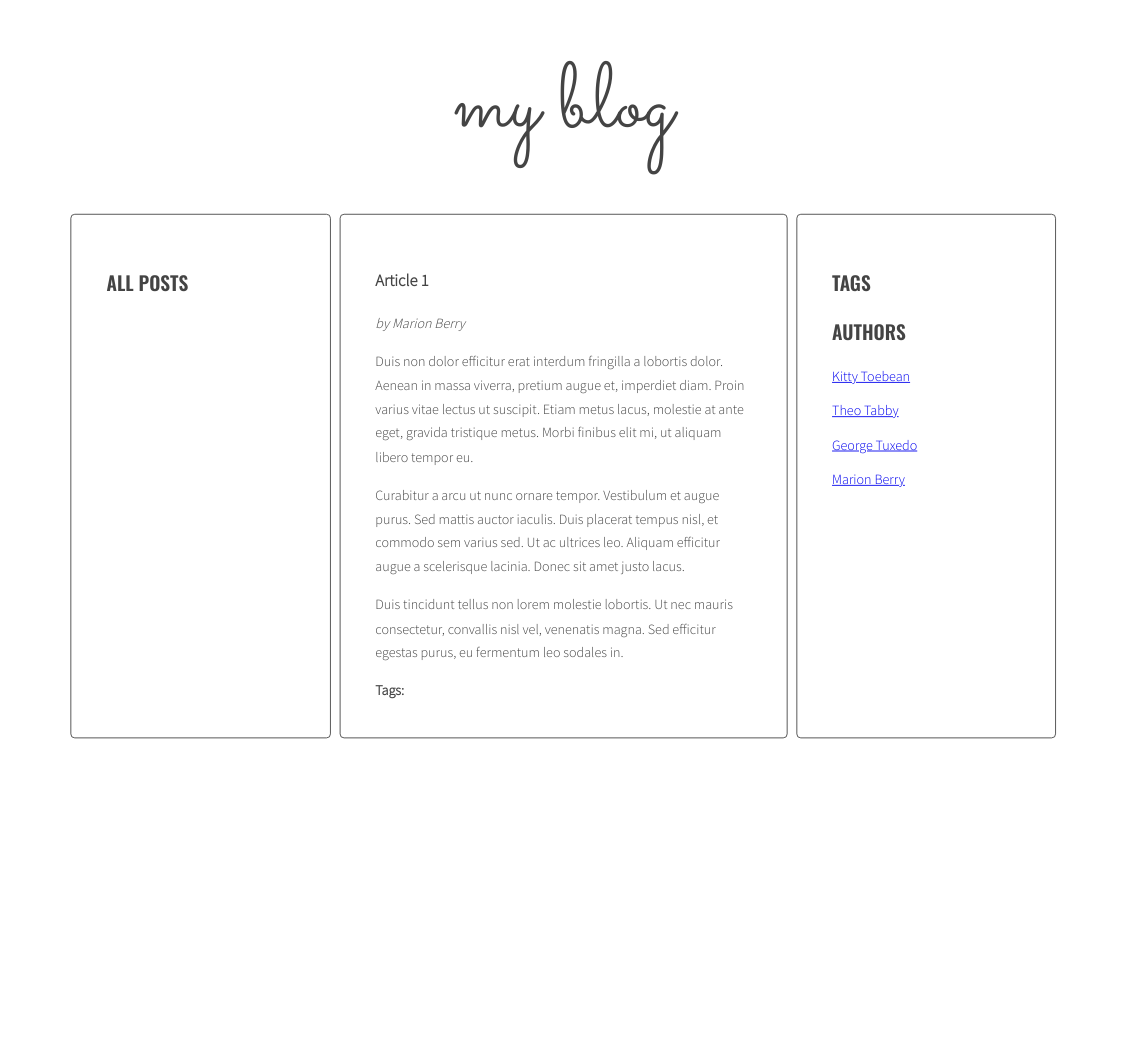
Repository: ulasup/javascript-blog
Page: index.html
The author's editor kept a copy of each file at every save. The page is drawn from the files as they stood at one save, then again after the next save.
The browser window is 1280 px wide. The pictures show the whole page, at 88% of full size.
The style sheet was rebuilt from its Sass, Less or Tailwind sources for each picture, by a compiler version that may differ from the author's.

Above is the page before, as saved 2020-12-19 17:45:30.
Console error: SyntaxError: Missing initializer in const declaration

### index.html
<!DOCTYPE html>
<html  lang="en">
    <head>
        <meta charset="UTF-8">
        <title>Film blog</title>
        <link rel="stylesheet" href="css/style.css">
    </head>
    <body>
        <div class="blog">
            <div class="container">
              <h1 class="logo">my blog</h1>
              <main class="wrapper">
                <aside class="sidebar">
                  <h2 class="section-title">All posts</h2>
                  <ul class="list titles">
                  </ul>
                </aside>
                <section class="posts">
                  <article class="post active" id="article-1" data-tags="design tutorials">
                    <h3 class="post-title">Article 1</h3>
                    <p class="post-author">by Marion Berry</p>
                    <div class="post-content">
                      <p>Duis non dolor efficitur erat interdum fringilla a lobortis dolor. Aenean in massa viverra, pretium augue et, imperdiet diam. Proin varius vitae lectus ut suscipit. Etiam metus lacus, molestie at ante eget, gravida tristique metus. Morbi finibus elit mi, ut aliquam libero tempor eu.</p>
                      <p>Curabitur a arcu ut nunc ornare tempor. Vestibulum et augue purus. Sed mattis auctor iaculis. Duis placerat tempus nisl, et commodo sem varius sed. Ut ac ultrices leo. Aliquam efficitur augue a scelerisque lacinia. Donec sit amet justo lacus.</p>
                      <p>Duis tincidunt tellus non lorem molestie lobortis. Ut nec mauris consectetur, convallis nisl vel, venenatis magna. Sed efficitur egestas purus, eu fermentum leo sodales in.</p>
                    </div>
                    <div class="post-tags">
                      <p><strong>Tags:</strong></p>
                      <ul class="list list-horizontal">
                      </ul>
                    </div>
                  </article>
                  <article class="post" id="article-2" data-tags="news code">
                    <h3 class="post-title">Article 2</h3>
                    <p class="post-author">by Theo Tabby</p>
                    <div class="post-content">
                      <p>Phasellus sollicitudin, arcu vel iaculis ullamcorper, quam leo viverra orci, et faucibus quam sapien vel est. Maecenas ac suscipit elit. Nullam interdum, lorem vitae venenatis pulvinar, ex dui malesuada nunc, tempus cursus enim metus vel nulla.</p>
                      <p>Integer hendrerit, eros id efficitur dapibus, ante arcu ullamcorper orci, a iaculis felis turpis at purus. Quisque sodales posuere sapien vel consectetur. Duis dui urna, commodo non ante nec, mattis dictum enim. Donec aliquam erat sed diam lobortis, vel gravida lacus laoreet. Phasellus pretium maximus mi, eu posuere justo suscipit vel.</p>
                      <p>Nam magna nisl, varius in malesuada vitae, facilisis vel metus. Proin rhoncus euismod leo dictum lobortis. Suspendisse non ante sapien.</p>
                    </div>
                    <div class="post-tags">
                      <p><strong>Tags:</strong></p>
                      <ul class="list list-horizontal">
                      </ul>
                    </div>
                  </article>
                  <article class="post" id="article-3" data-tags="news reviews design">
                    <h3 class="post-title">Article 3</h3>
                    <p class="post-author">by George Tuxedo</p>
                    <div class="post-content">
                      <p>Mauris vel pellentesque turpis, ac sodales nisl. Quisque iaculis mi velit, ut convallis tellus accumsan a. Quisque iaculis, nisi et dignissim tincidunt, nisl eros euismod nulla, finibus laoreet erat enim posuere elit.</p>
                      <p>Aenean at semper urna. Duis vel sapien molestie, egestas diam consequat, molestie nulla. Praesent a malesuada metus. Praesent et tempus leo.</p>
                      <p>Mauris in eleifend neque, vitae eleifend velit. Maecenas purus est, bibendum eget imperdiet id, dictum sed ante. Aenean a magna et eros sagittis aliquet.</p>
                    </div>
                    <div class="post-tags">
                      <p><strong>Tags:</strong></p>
                      <ul class="list list-horizontal">
                      </ul>
                    </div>
                  </article>
                  <article class="post" id="article-4" data-tags="tutorials code design">
                    <h3 class="post-title">Article 4</h3>
                    <p class="post-author">by Kitty Toebean</p>
                    <div class="post-content">
                      <p>Morbi vel cursus nulla, vel varius mauris. Suspendisse sed elit sit amet risus faucibus vestibulum ut sit amet purus. Donec orci est, condimentum ut quam quis, scelerisque fringilla ligula.</p>
                      <p>Quisque bibendum nisl id quam sagittis, id pretium dolor scelerisque. Suspendisse non odio nec velit dapibus placerat non a libero.</p>
                      <p>Vivamus at tristique ex, feugiat sagittis ex. Cras cursus, ipsum et efficitur commodo, urna sapien rutrum magna, quis sodales justo ligula eget nunc. In hac habitasse platea dictumst.</p>
                    </div>
                    <div class="post-tags">
                      <p><strong>Tags:</strong></p>
                      <ul class="list list-horizontal">
                      </ul>
                    </div>
                  </article>
                  <article class="post" id="article-5" data-tags="design reviews">
                    <h3 class="post-title">Article 5</h3>
                    <p class="post-author">by Marion Berry</p>
                    <div class="post-content">
                      <p>Suspendisse sem eros, euismod condimentum arcu ac, consequat fermentum orci. Nam convallis lacus nec interdum vestibulum. Vestibulum luctus, quam eu tristique ornare, lorem nibh sodales enim, vitae tempor dolor ante vitae tortor.</p>
                      <p>Duis venenatis metus quis luctus lobortis. In porttitor ipsum eget ligula aliquam ornare. Cras malesuada urna id volutpat sodales.</p>
                      <p>Donec lobortis ultricies turpis, eu viverra magna gravida quis. Fusce sit amet pretium nulla. Duis rutrum metus vel libero sodales, pellentesque varius ex pulvinar.</p>
                    </div>
                    <div class="post-tags">
                      <p><strong>Tags:</strong></p>
                      <ul class="list list-horizontal">
                      </ul>
                    </div>
                  </article>
                  <article class="post" id="article-6" data-tags="reviews code">
                    <h3 class="post-title">Article 6</h3>
                    <p class="post-author">by George Tuxedo</p>
                    <div class="post-content">
                      <p>Donec posuere iaculis ante sed hendrerit. Lorem ipsum dolor sit amet, consectetur adipiscing elit. Quisque hendrerit neque nec urna tincidunt, quis vehicula dui vulputate. Morbi est sapien, auctor ut lectus eu, placerat viverra lorem.</p>
                      <p>Cras consectetur at erat id accumsan. Suspendisse lacinia in nulla quis vulputate. Nunc vitae consectetur augue. Nam ut vehicula mi. Aliquam tristique, purus in hendrerit porta, elit lectus finibus mi, vel malesuada nisl lectus a libero.</p>
                      <p>Nam quis efficitur ante. Sed eget purus quis ex commodo porta eu sit amet dolor. Mauris tellus nisl, dictum nec est vitae, condimentum ornare ante. Fusce ornare hendrerit maximus. In maximus rhoncus justo.</p>
                    </div>
                    <div class="post-tags">
                      <p><strong>Tags:</strong></p>
                      <ul class="list list-horizontal">
                      </ul>
                    </div>
                  </article>
                  <article class="post" id="article-7" data-tags="code news">
                    <h3 class="post-title">Article 7</h3>
                    <p class="post-author">by Kitty Toebean</p>
                    <div class="post-content">
                      <p>Donec eleifend mauris ac nisl fermentum, ac fermentum turpis dignissim. Aliquam diam nisl, imperdiet a varius eget, lobortis sed nisi. Nullam suscipit ipsum sed magna blandit, sed pellentesque urna malesuada.</p>
                      <p>Duis vestibulum arcu et lectus viverra porta. Praesent tempor lacus eget quam mattis, sit amet venenatis diam ultrices. Morbi gravida sapien quis ligula tincidunt, vel sagittis erat ultrices.</p>
                      <p>Ut orci tellus, laoreet ac diam ut, tempus bibendum nisi. Nam egestas sagittis nibh. Curabitur tristique dui quis egestas pretium. Duis eu felis orci.</p>
                    </div>
                    <div class="post-tags">
                      <p><strong>Tags:</strong></p>
                      <ul class="list list-horizontal">
                      </ul>
                    </div>
                  </article>
                  <article class="post" id="article-8" data-tags="news design tutorials">
                    <h3 class="post-title">Article 8</h3>
                    <p class="post-author">by Theo Tabby</p>
                    <div class="post-content">
                      <p>Praesent quis imperdiet erat. Curabitur tempor sapien a interdum malesuada. Proin libero erat, sagittis a sollicitudin eget, pulvinar nec risus. Cras et suscipit sem.</p>
                      <p>Maecenas consequat diam nec sollicitudin congue. Aenean porttitor porttitor quam, condimentum interdum metus congue sed. Donec at nulla ipsum.</p>
                      <p>Mauris non congue dui. Aenean ac eros vitae massa vulputate aliquet ut ac elit. Morbi iaculis auctor nunc aliquet luctus. Nunc tincidunt sem dui, quis interdum leo pellentesque eget. Fusce id leo varius, imperdiet nunc vitae, tristique mi. Mauris quis interdum justo. Mauris auctor purus eu leo faucibus feugiat. Nulla at odio vitae leo semper blandit.</p>
                    </div>
                    <div class="post-tags">
                      <p><strong>Tags:</strong></p>
                      <ul class="list list-horizontal">
                      </ul>
                    </div>
                  </article>
                  <article class="post" id="article-9" data-tags="news tutorials">
                    <h3 class="post-title">Article 9</h3>
                    <p class="post-author">by Marion Berry</p>
                    <div class="post-content">
                      <p>Tam et facilisis purus. Donec vulputate est quis lobortis posuere. Nunc vitae lorem ut odio faucibus pulvinar nec in justo. Ut ut ante ac tellus ornare tempus. Nunc maximus, tortor et dictum convallis, nunc libero posuere leo, scelerisque ultrices arcu sapien ut tellus.</p>
                      <p>Fusce lacinia augue massa, non tincidunt tortor auctor quis. Vestibulum ut pretium nisl. Etiam id tellus tempus, commodo ligula vehicula, porta magna.</p>
                      <p>Donec fringilla blandit dolor vel aliquet. Fusce tortor sapien, lobortis eu vehicula sit amet, dignissim et lectus. In ullamcorper metus vel massa fermentum, at fermentum dui sollicitudin. Nullam lacinia elit vel tortor ullamcorper pulvinar.</p>
                    </div>
                    <div class="post-tags">
                      <p><strong>Tags:</strong></p>
                      <ul class="list list-horizontal">
                      </ul>
                    </div>
                  </article>
                  <article class="post" id="article-10" data-tags="code design news reviews">
                    <h3 class="post-title">Article 10</h3>
                    <p class="post-author">by George Tuxedo</p>
                    <div class="post-content">
                      <p>Aliquam erat volutpat. Ut non eleifend lectus. Donec suscipit tellus tempor, ornare dui id, hendrerit neque. Phasellus lacinia laoreet dui in luctus. Sed hendrerit, magna sit amet varius tempor, augue augue scelerisque est, non scelerisque mauris libero eu sapien.</p>
                      <p>Sed at sapien in quam sollicitudin aliquam. In interdum metus a mi porttitor luctus. Sed commodo, arcu id lacinia posuere, felis elit pharetra urna, at feugiat est orci sit amet libero. Quisque in nisl est. Nullam vehicula at lectus non luctus. Cras aliquam neque magna, at varius nisi egestas ut.</p>
                      <p>Rhoncus purus nulla, non auctor lacus placerat ut. Aliquam condimentum eget magna ac gravida. Etiam egestas faucibus urna et finibus. Cras vel tellus vel magna suscipit euismod. Maecenas id arcu ante. Duis iaculis scelerisque erat, at ullamcorper arcu consectetur eu. Fusce aliquam diam at arcu pharetra, vel fermentum nunc lobortis.</p>
                    </div>
                    <div class="post-tags">
                      <p><strong>Tags:</strong></p>
                      <ul class="list list-horizontal">
                      </ul>
                    </div>
                  </article>
                </section>
                <aside class="sidebar">
                  <h2 class="section-title">Tags</h2>
                  <ul class="list tags">
                  </ul>
                  <h2 class="section-title">Authors</h2>
                  <ul class="list authors">
                    <li>
                      <a href="#">
                        <span class="author-name">Kitty Toebean</span>
                      </a>
                    </li>
                    <li>
                      <a href="#">
                        <span class="author-name">Theo Tabby</span>
                      </a>
                    </li>
                    <li>
                      <a href="#">
                        <span class="author-name">George Tuxedo</span>
                      </a>
                    </li>
                    <li>
                      <a href="#">
                        <span class="author-name">Marion Berry</span>
                      </a>
                    </li>
                  </ul>
                </aside>
              </main>
            </div>
          </div>
    <script src="js/script.js"></script>
    </body>
</html>

### js/script.js
'use strict';

function titleClickHandler(event){
  event.preventDefault();

  const activeLinks = document.querySelectorAll('.titles a.active');
  for(let activeLink of activeLinks){
    activeLink.classList.remove('active');
  }

  const clickedElement = this;
  clickedElement.classList.add('active');

  const activeArticles = document.querySelectorAll('.post.active');
  for(let activeArticle of activeArticles){
    activeArticle.classList.remove('active');
  }

  const articleSelector = clickedElement.getAttribute('href');
  const targetArticle = document.querySelector(articleSelector);
  targetArticle.classList.add('active');
}

const optArticleSelector = '.post',
  optTitleSelector = '.post-title',
  optTitleListSelector = '.titles',
  optArticleTagsSelector = '.post-tags .list',
  optTagsListSelector = '.tags.list';

function generateTitleLinks(customSelector = ''){

  const titleList = document.querySelector(optTitleListSelector);
  titleList.innerHTML = '';

  const articles = document.querySelectorAll(optArticleSelector + customSelector);
  let html = '';
  for (let article of articles){
    const articleId = article.getAttribute('id');
    const articleTitle = article.querySelector(optTitleSelector).innerHTML;
    const linkHTML = '<li><a href="#' + articleId + '"><span>' + articleTitle + '</span></a></li>';
    html = html + linkHTML;
  }
  titleList.innerHTML = html;

  const links = document.querySelectorAll('.titles a');
  for(let link of links){
    link.addEventListener('click', titleClickHandler);
  }
}

generateTitleLinks();

function calculateTagsParams(tags){
  const params {
    max = 0,
    min = 999999
  }
  for(let tag in tags){
    if(tags[tag] > params.max){
      params.max = tags[tag];
    }
    if(tags[tag] < params.min){
      params.min = tags[tag];
    }
    console.log(tag + ' is used ' + tags[tag] + ' times');
  }
  return params;
}

function generateTags(){
  let allTags = {};
  const articles = document.querySelectorAll(optArticleSelector);
  for (let article of articles){
    const tagList = article.querySelector(optArticleTagsSelector);
    let html = '';
    const articleTags = article.getAttribute('data-tags');
    const articleTagsArray = articleTags.split(' ');
    for (let tag of articleTagsArray){
      const linkHTML = '<li><a href="#tag-' + tag + '"><span>' + tag + '</span></a></li>';
      html = html + linkHTML;
      if(!allTags.hasOwnProperty(tag)){
        allTags[tag] = 1;
      } else {
        allTags[tag]++;
      }
    }
    tagList.innerHTML = html;
  }
  const tagList = document.querySelector('.tags');
  const tagsParams = calculateTagsParams(allTags);
  console.log('tagsParams:', tagsParams);
  let allTagsHTML = '';
  for(let tag in allTags){
    allTagsHTML += tag + ' (' + allTags[tag] + ') ';
  }
  tagList.innerHTML = allTagsHTML;

}

generateTags();

function tagClickHandler(event){
  event.preventDefault();

  const clickedElement = this;
  console.log(clickedElement);
  const href = clickedElement.getAttribute('href');
  const tag = href.replace('#tag-', '');

  const activeTags = document.querySelectorAll('a.active[href^="#tag-"]');
  for(let activeTag of activeTags){
    activeTag.classList.remove('active');
  }

  const tagLinks = document.querySelectorAll('a[href="' + href + '"]');
  for (let tagLink of tagLinks){
    tagLink.classList.add('active');
  }

  generateTitleLinks('[data-tags~="' + tag + '"]');
}

function addClickListenersToTags(){
  const links =  document.querySelectorAll(optArticleTagsSelector);
  for(let link of links){
    link.addEventListener('click', tagClickHandler);
  }
}

addClickListenersToTags();

### sass/style.scss
@import url('https://fonts.googleapis.com/css?family=Oswald:400,600|Sacramento|Source+Sans+Pro:300&subset=latin-ext');

/* Variables */

$color-light: #fff;
$color-dark: #444;

$font-logo: 'Sacramento', cursive;
$font-header: 'Oswald', sans-serif;
$font-text: 'Source Sans Pro', sans-serif;

/* Global */

*, *::before, *::after {
  box-sizing: border-box;
}

body {
  background: $color-light;
  font-family: $font-text;
  color: $color-dark;
  font-weight: 300;
  font-size: 16px;
  line-height: 1.7;
}

.container {
  max-width: 1140px;
  margin: 0 auto;
}

.section-title {
  font-size: 22px;
  text-transform: uppercase;
  font-family: $font-header;
  font-weight: 600;

  span {
    text-transform: none;
    font-weight: 400;
    color: lighten($color-dark, 20%);
  }
}

/* Layout */

.wrapper {
  display: flex;
  margin-left: 10px;
}

.sidebar {
  flex: 1 0 0;
}

.posts {
  flex: 2 0 0;
}

.sidebar, .posts {
  background: $color-light;
  margin-right: 10px;
  padding: 40px;
  border: 1px solid $color-dark;
  border-radius: 5px;
}

/* Logo */

.logo {
  font-family: $font-logo;
  font-weight: 400;
  font-size: 104px;
  line-height: 1;
  text-align: center;
}

/* Lists */

.list {
  list-style-type: none;
  margin: 0;
  padding: 0;

  .active {
    font-weight: bold;
  }
}

.list-horizontal {
  li {
    display: inline-block;
    margin-right: 5px;
  }
}

/* Authors */

.authors {
  li {
    margin-bottom: 12px;
  }
}

/* Post */

.post {
  z-index: 1;
  position: absolute;
  opacity: 0;

  &.active {
    z-index: 2;
    position: relative;
    opacity: 1;
    transition: opacity 1s;
  }
}

.post-author {
  font-style: italic;
}

.post-tags {
  display: flex;

  p {
    margin: 0 10px 0 0;
  }
}

After the next save:
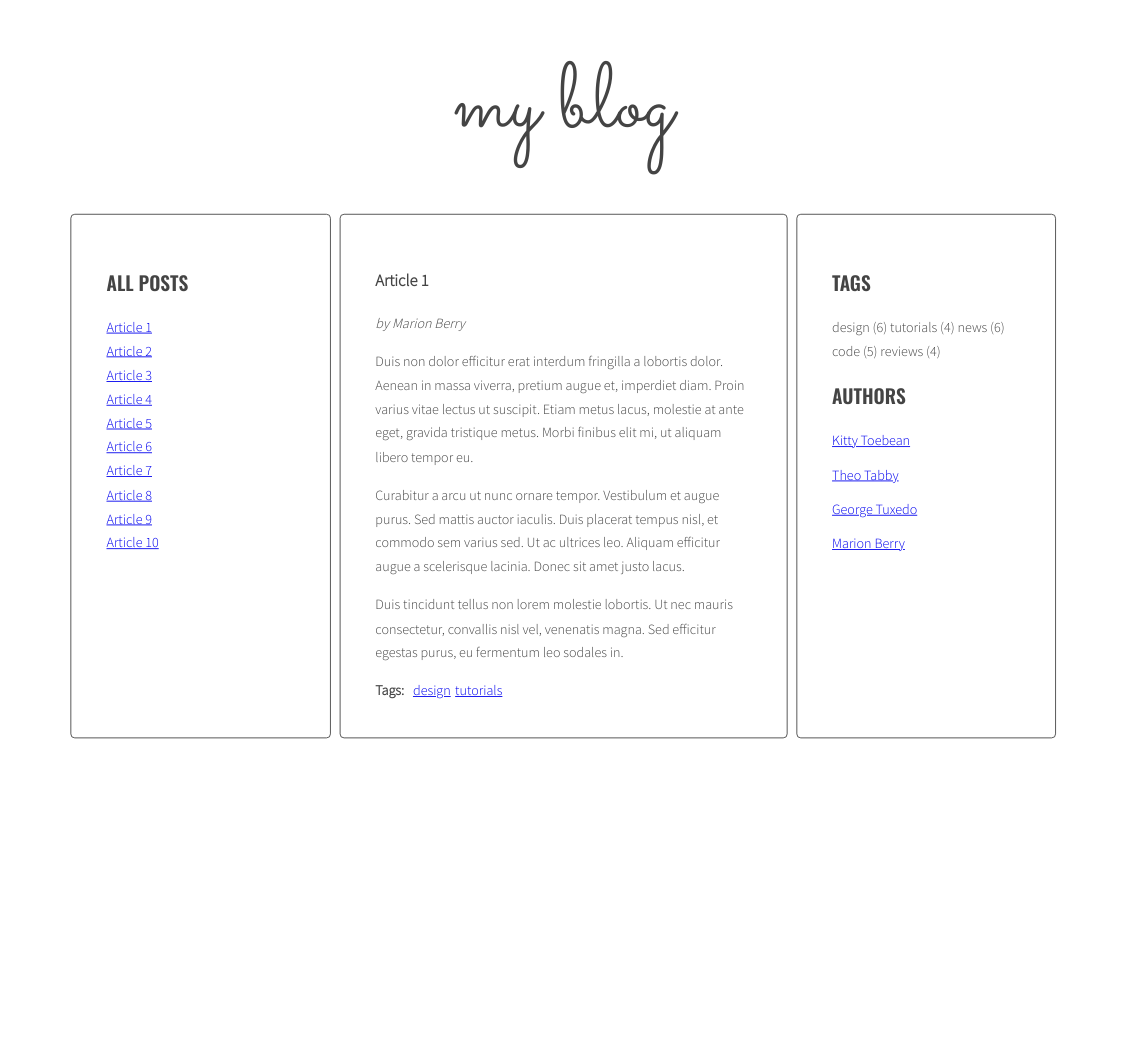
The error is gone.
Saved 101 s later.
--- a/js/script.js
+++ b/js/script.js
@@ -51,10 +51,10 @@ function generateTitleLinks(customSelector = ''){
 generateTitleLinks();
 
 function calculateTagsParams(tags){
-  const params {
-    max = 0,
-    min = 999999
-  }
+  const params = {
+    max: 0,
+    min: 999999
+  };
   for(let tag in tags){
     if(tags[tag] > params.max){
       params.max = tags[tag];
